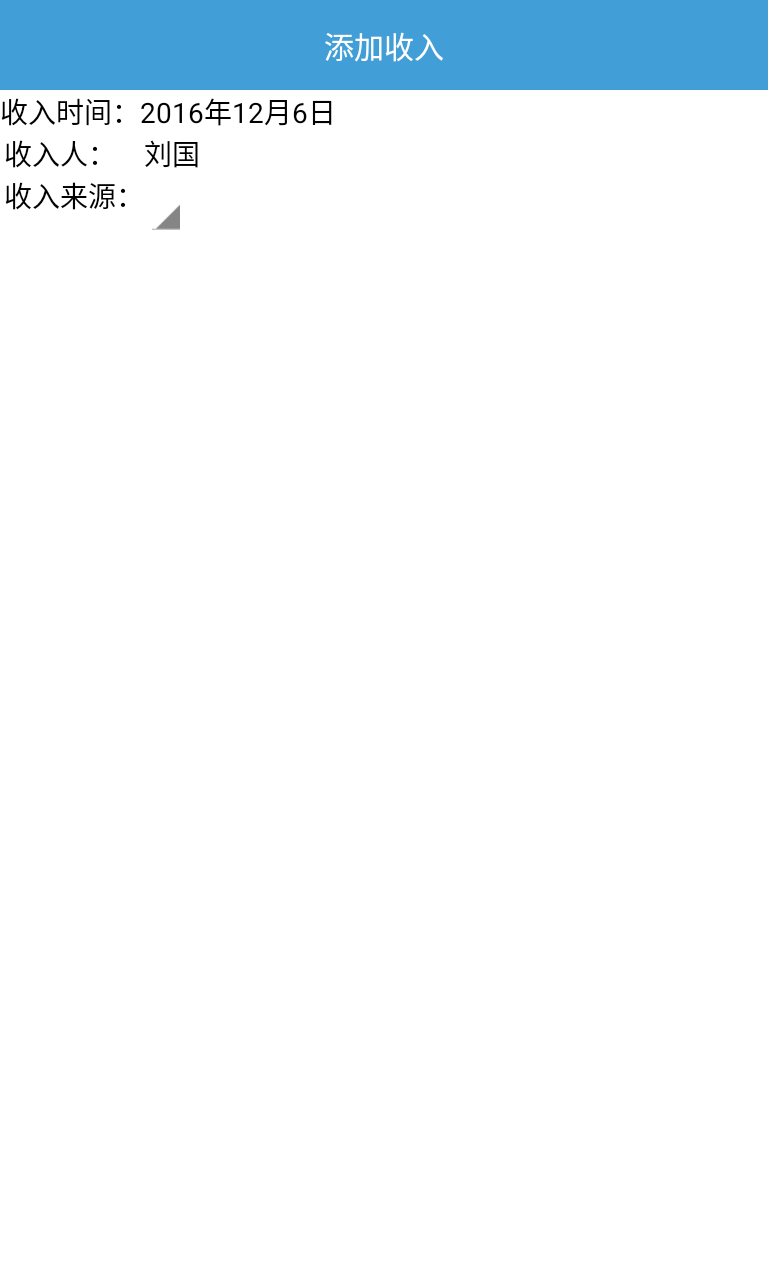
Repository: MySixGad/MyBill
Layout: Bill/Bill/res/layout/activity_inset_in_rmb.xml
These files come from the project's save history. The layout is drawn as it stood at one moment and after the next save; the edit follows.
It is drawn on a 768 x 1280 px phone screen (xhdpi) without system bars, with theme AppTheme; the app's code is not run.

Above is the layout before, as saved 2016-12-09 10:18:33.

### Bill/Bill/res/layout/activity_inset_in_rmb.xml
<LinearLayout xmlns:android="http://schemas.android.com/apk/res/android"
    xmlns:tools="http://schemas.android.com/tools"
    android:layout_width="match_parent"
    android:layout_height="match_parent"
    android:orientation="vertical"
    tools:context=".Inset_inRMBActivity" >

    <TextView
        android:id="@+id/textView1"
        style="@style/Title_1"
        android:text="添加收入" />

    <LinearLayout
        android:layout_width="match_parent"
        android:layout_height="wrap_content"
        android:orientation="horizontal" >

        <TextView
            android:id="@+id/textView2"
            android:layout_width="70dp"
            android:layout_height="wrap_content"
            android:text="收入时间："
            android:textColor="#000" />

        <TextView
            android:id="@+id/textView2"
            android:layout_width="wrap_content"
            android:layout_height="wrap_content"
            android:text="2016年12月6日"
            android:textColor="#000" />
    </LinearLayout>

    <!-- 第二行 -->

    <LinearLayout
        android:layout_width="match_parent"
        android:layout_height="wrap_content"
        android:layout_marginLeft="2dp"
        android:orientation="horizontal" >

        <TextView
            android:id="@+id/textView2"
            android:layout_width="70dp"
            android:layout_height="wrap_content"
            android:text="收入人："
            android:textColor="#000" />

        <TextView
            android:id="@+id/textView2"
            android:layout_width="wrap_content"
            android:layout_height="wrap_content"
            android:text="刘国"
            android:textColor="#000" />
    </LinearLayout>

    <LinearLayout
        android:layout_width="match_parent"
        android:layout_height="wrap_content"
        android:layout_marginLeft="2dp"
        android:orientation="horizontal" >

        <TextView
             android:gravity="center"
            android:id="@+id/textView2"
            android:layout_width="wrap_content"
            android:layout_height="wrap_content"
            android:text="收入来源："
            android:textColor="#000" />

      <Spinner
        android:id="@+id/si_1"

        android:layout_width="wrap_content"
        android:layout_height="wrap_content" />
    </LinearLayout>


</LinearLayout>

### Bill/Bill/res/values/styles.xml
<resources>

    <style name="AppBaseTheme" parent="android:Theme.Light"></style>

    <style name="AppTheme" parent="AppBaseTheme"></style>

    <style name="Title_1">
        <item name="android:gravity">center</item>
        <item name="android:textColor">#fff</item>
        <item name="android:textSize">15sp</item>
        <item name="android:layout_width">match_parent</item>
        <item name="android:layout_height">45dp</item>
        <item name="android:background">#429ED6</item>
    </style>

     <style name="Button_1">
        <item name="android:textColor">#fff</item>
        <item name="android:textSize">12sp</item>
        <item name="android:background">#429ED6</item>
    </style>

</resources>

Loaded but not shown: Bill/Bill/res/values-v11/styles.xml (common file); Bill/Bill/res/values-v14/styles.xml (common file)

After the next save:
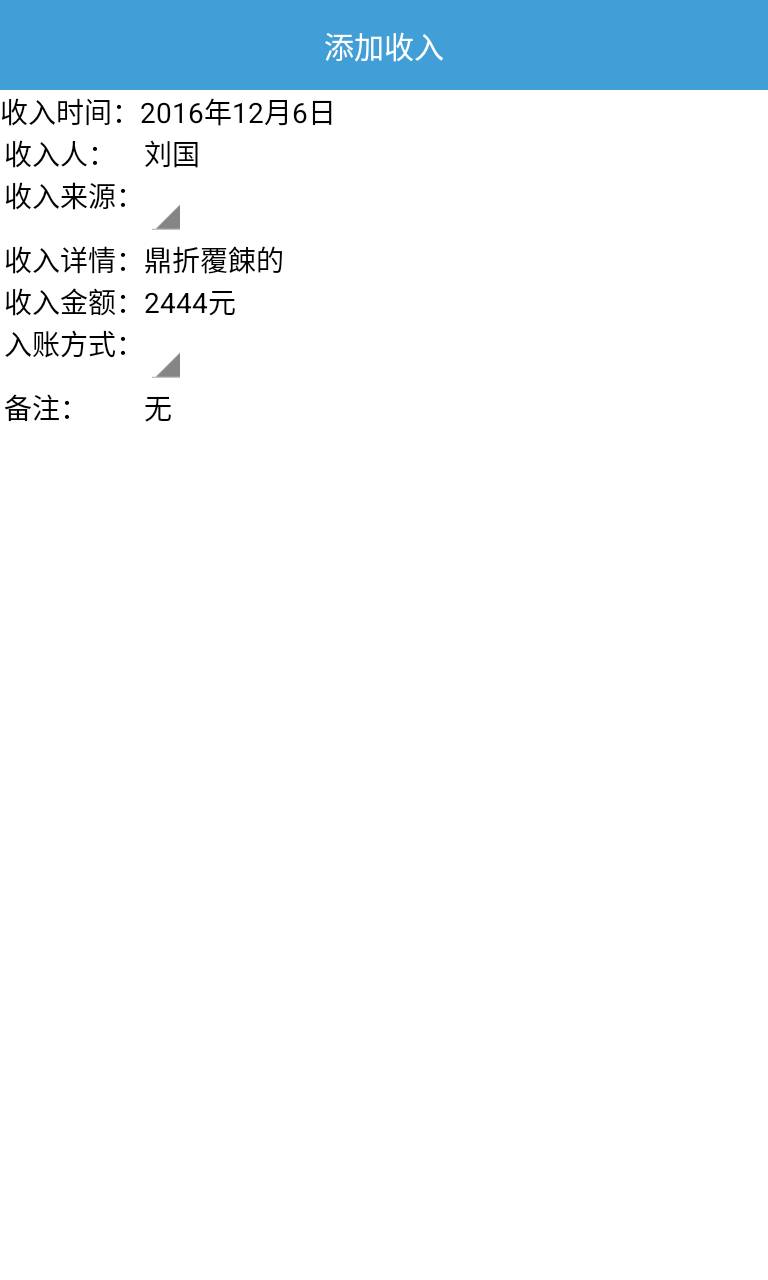
Saved 3 min 18 s later.
--- a/Bill/Bill/res/layout/activity_inset_in_rmb.xml
+++ b/Bill/Bill/res/layout/activity_inset_in_rmb.xml
@@ -75,4 +75,89 @@
     </LinearLayout>
 
 
+      <LinearLayout
+        android:layout_width="match_parent"
+        android:layout_height="wrap_content"
+        android:layout_marginLeft="2dp"
+        android:orientation="horizontal" >
+
+        <TextView
+            android:id="@+id/textView2"
+            android:layout_width="70dp"
+            android:layout_height="wrap_content"
+            android:text="收入详情："
+            android:textColor="#000" />
+
+        <TextView
+            android:id="@+id/textView2"
+            android:layout_width="wrap_content"
+            android:layout_height="wrap_content"
+            android:text="鼎折覆餗的"
+            android:textColor="#000" />
+    </LinearLayout>
+
+      <LinearLayout
+        android:layout_width="match_parent"
+        android:layout_height="wrap_content"
+        android:layout_marginLeft="2dp"
+        android:orientation="horizontal" >
+
+        <TextView
+            android:id="@+id/textView2"
+            android:layout_width="70dp"
+            android:layout_height="wrap_content"
+            android:text="收入金额："
+            android:textColor="#000" />
+
+        <TextView
+            android:id="@+id/textView2"
+            android:layout_width="wrap_content"
+            android:layout_height="wrap_content"
+            android:text="2444元"
+            android:textColor="#000" />
+    </LinearLayout>
+
+
+      <LinearLayout
+        android:layout_width="match_parent"
+        android:layout_height="wrap_content"
+        android:layout_marginLeft="2dp"
+        android:orientation="horizontal" >
+
+        <TextView
+             android:gravity="center"
+            android:id="@+id/textView2"
+            android:layout_width="wrap_content"
+            android:layout_height="wrap_content"
+            android:text="入账方式："
+            android:textColor="#000" />
+
+      <Spinner
+        android:id="@+id/si_1"
+
+        android:layout_width="wrap_content"
+        android:layout_height="wrap_content" />
+    </LinearLayout>
+
+            <LinearLayout
+        android:layout_width="match_parent"
+        android:layout_height="wrap_content"
+        android:layout_marginLeft="2dp"
+        android:orientation="horizontal" >
+
+        <TextView
+            android:id="@+id/textView2"
+            android:layout_width="70dp"
+            android:layout_height="wrap_content"
+            android:text="备注："
+            android:textColor="#000" />
+
+        <TextView
+            android:id="@+id/textView2"
+            android:layout_width="wrap_content"
+            android:layout_height="wrap_content"
+            android:text="无"
+            android:textColor="#000" />
+    </LinearLayout>
+
 </LinearLayout>
